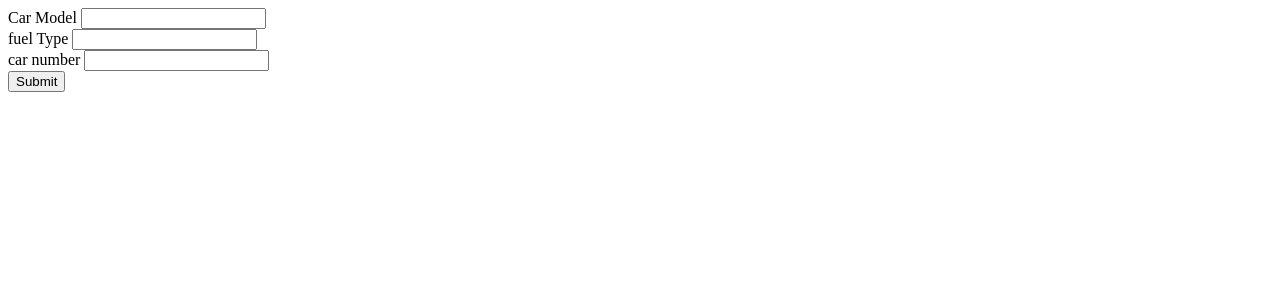
Repository: shiroikumakoori/studentProjecthHibernate
Page: carServiceSystem/src/main/webapp/requestService.html
These files come from the project's save history. The page is drawn as it stood at one moment and after the next save; the edit follows.
The browser window is 1280 px wide. The pictures show the whole page.

Above is the page before, as saved 2022-08-25 02:36:33.

### carServiceSystem/src/main/webapp/requestService.html
<!DOCTYPE html>
<html>
<head>
<meta charset="UTF-8">
<title>Insert title here</title>
</head>
<body>
	<form action="/carServiceSystem/RegCarController" >
		<div style="display: flex; flex-direction: column;">

		    <div>
				<label>Car Model</label> <input type="text" name="carModel">
		    </div>
		    <div>
				<label>fuel Type</label> <input type="text" name="fuelType">
		    </div>
		    <div>
				<label>car number</label> <input type="text" name="regNum">
		    </div>

		</div>

		<input type="submit" >
	</form>

</body>
</html>

After the next save:
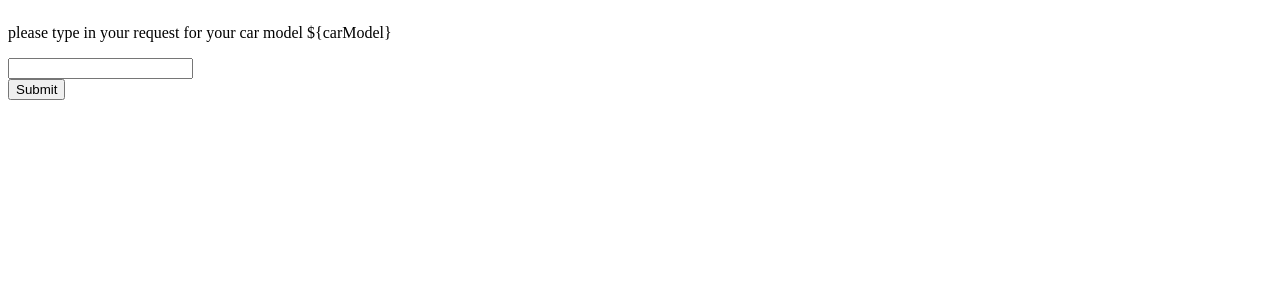
Saved 83 s later.
--- a/carServiceSystem/src/main/webapp/requestService.html
+++ b/carServiceSystem/src/main/webapp/requestService.html
@@ -7,16 +7,11 @@
 <body>
 	<form action="/carServiceSystem/RegCarController" >
 		<div style="display: flex; flex-direction: column;">
+			<p>please type in your request for your  car model ${carModel}</p>
+		    <div>
+				 <input type="text" name="serviceDetails">
+		    </div>
 
-		    <div>
-				<label>Car Model</label> <input type="text" name="carModel">
-		    </div>
-		    <div>
-				<label>fuel Type</label> <input type="text" name="fuelType">
-		    </div>
-		    <div>
-				<label>car number</label> <input type="text" name="regNum">
-		    </div>
 
 		</div>
 
